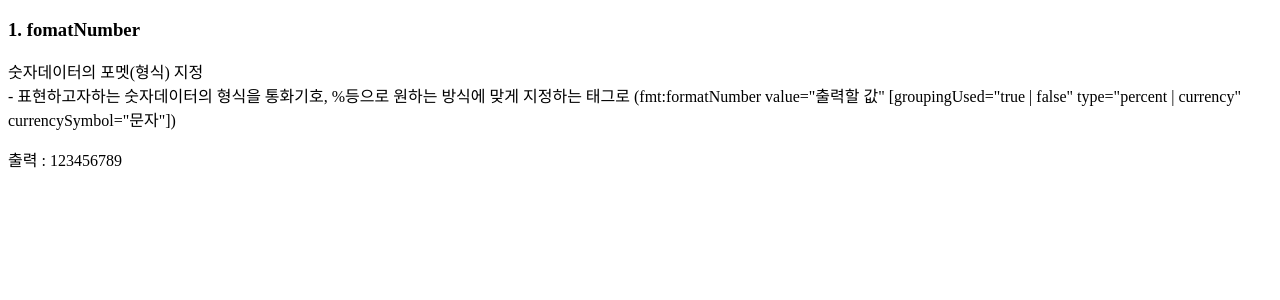
Repository: HwangInTae82/JSPProject
Page: http://localhost/elAction/views/3_custom-action-tag/02_fmt.jsp
These files come from the project's save history. The page is drawn as it stood at one moment and after the next save; the edit follows.
The browser window is 1280 px wide. The pictures show the whole page.
The page is served by Tomcat 10. Other server files are loaded and not shown.

Above is the page before, as saved 2025-02-25 00:20:46.

### elAction/src/main/webapp/views/3_custom-action-tag/02_fmt.jsp
<%@ page language="java" contentType="text/html; charset=UTF-8"
    pageEncoding="UTF-8"%>
<%@ taglib prefix="fmt" uri="http://java.sun.com/jsp/jstl/fmt" %>
<%@ taglib prefix="c" uri="http://java.sun.com/jsp/jstl/core" %>
<!DOCTYPE html>
<html>
<head>
<meta charset="UTF-8">
<title>Insert title here</title>
</head>
<body>
    <h3>1. fomatNumber</h3>
    <p>
        숫자데이터의 포멧(형식) 지정 <br>
        - 표현하고자하는 숫자데이터의 형식을 통화기호, %등으로 원하는 방식에 맞게 지정하는 태그로

        (fmt:formatNumber value="출력할 값" [groupingUsed="true | false" type="percent | currency" currencySymbol="문자"])
    </p>

    <c:set var="num1" value="123456789" />
    <c:set var="num2" value="0.75" />
    <c:set var="num3" value="50000" />

    출력 : ${num1} <br>
</body>
</html>

After the next save:
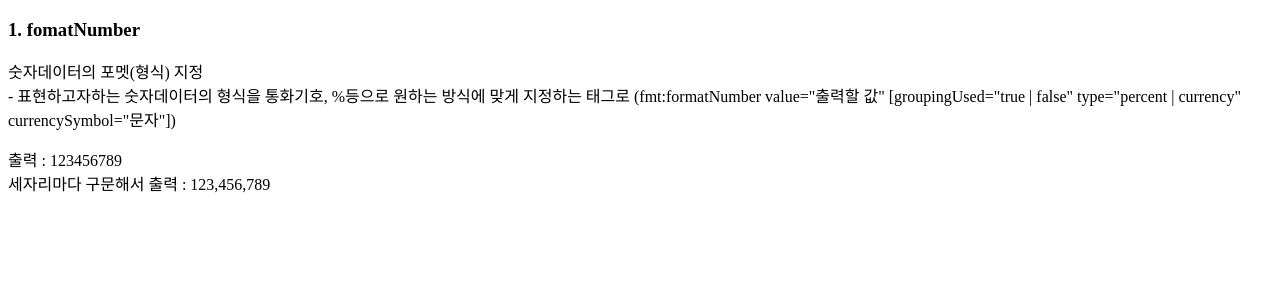
Saved 2 min 1 s later.
--- a/elAction/src/main/webapp/views/3_custom-action-tag/02_fmt.jsp
+++ b/elAction/src/main/webapp/views/3_custom-action-tag/02_fmt.jsp
@@ -22,5 +22,6 @@
     <c:set var="num3" value="50000" />
 
     출력 : ${num1} <br>
+    세자리마다 구문해서 출력 : <fmt:formatNumber value="${num1}" />
 </body>
 </html>
